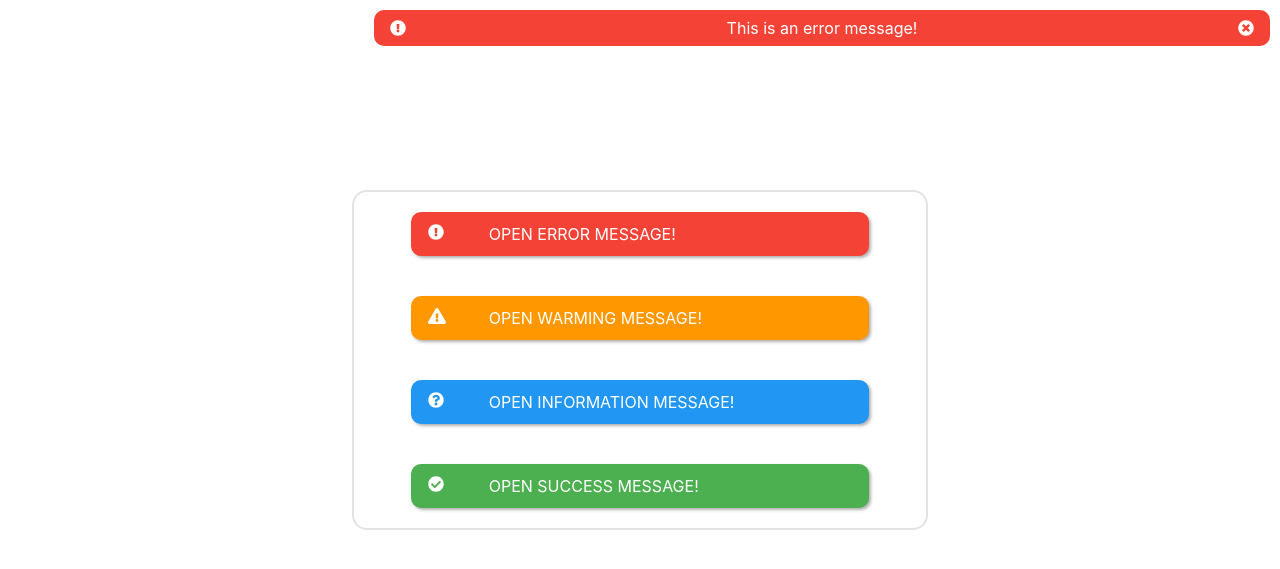
Repository: KrzysKolo/sr_tydzien5_zad2
Page: /, after clicking the first element matching `div.btn`
These files come from the project's save history. The page is drawn as it stood at one moment and after the next save; the edit follows.
The browser window is 1280 px wide. The pictures show the whole page.
The project was rebuilt for these pictures with package versions that can differ from the ones it lists, and the page was loaded fresh each time.

Above is the page before, as saved 2020-12-28 05:01:38.

### public/index.html
<!DOCTYPE html>
<html lang="en">
  <head>
    <meta charset="utf-8" />
    <link rel="icon" href="%PUBLIC_URL%/favicon.ico" />
    <meta name="viewport" content="width=device-width, initial-scale=1" />
    <meta name="theme-color" content="#000000" />
    <meta
      name="description"
      content="Web site created using create-react-app"
    />
    <link rel="apple-touch-icon" href="%PUBLIC_URL%/logo192.png" />
    <!--
      manifest.json provides metadata used when your web app is installed on a
      user's mobile device or desktop. See https://developers.google.com/web/fundamentals/web-app-manifest/
    -->
    <link rel="manifest" href="%PUBLIC_URL%/manifest.json" />
    <!--
      Notice the use of %PUBLIC_URL% in the tags above.
      It will be replaced with the URL of the `public` folder during the build.
      Only files inside the `public` folder can be referenced from the HTML.

      Unlike "/favicon.ico" or "favicon.ico", "%PUBLIC_URL%/favicon.ico" will
      work correctly both with client-side routing and a non-root public URL.
      Learn how to configure a non-root public URL by running `npm run build`.
    -->
    <title>Zad 2 - snackbar</title>
  </head>
  <body>
    <noscript>You need to enable JavaScript to run this app.</noscript>
    <div id="root"></div>
    <!--
      This HTML file is a template.
      If you open it directly in the browser, you will see an empty page.

      You can add webfonts, meta tags, or analytics to this file.
      The build step will place the bundled scripts into the <body> tag.

      To begin the development, run `npm start` or `yarn start`.
      To create a production bundle, use `npm run build` or `yarn build`.
    -->
  </body>
</html>

### src/App.js
import React from 'react';
import Buttons from './components/Buttons';
import './App.css';
const App = () => {
  return (
    <div className="wrapper--btn">
      <Buttons />
    </div>
  )
}

export default App;

### src/components/Buttons.js
import React from 'react';
import ButtonsData from './../data/ButtonsData';
import Button from './Button';


const Buttons = () => {

    return (
        <>
            {ButtonsData.map(button =>
                <Button key={button.id} data={button} />
            )}

        </>
    )
}

export default Buttons;

### src/App.css
* {
  box-sizing: border-box;
  margin: 0;
}
body {
  width: 100vw;
  height: 100vh;
  display: flex;
  flex-direction: row;
  justify-content: center;
  align-items: center;
}
.wrapper--btn {
  border: 2px solid #e3e3e3;
  border-radius: 15px;
  width: 45vw;
  display: flex;
  flex-direction: column;
  justify-content: center;
  align-items: center;
}
.btn {
  border-radius: 10px;
  color: rgb(240, 239, 244);
  cursor: pointer;
  outline: none;
  padding: 10px 15px;
  margin: 20px;
  width: 80%;
  display: grid;
  grid-template-columns: 0.5fr 3fr;
  box-shadow: 2px 2px 3px rgba(102, 102, 102, 0.5);
  transition: all 0.3s ease-in-out;
}
.snackbar {
  font-size: 1rem;
  padding: 10px 16px;
  border-radius: 10px;
  width: 70%;
  display: flex;
  flex-direction: row;
  justify-content: space-between;
  align-content: space-between;
  align-items: space-between;
  line-height: 1rem;
}
.error {
  color: white;
  background: rgb(244, 67, 54);
}

.success {
  color: rgb(124, 0, 0);
  background: rgb(76, 175, 80);
}
.information {
  color: yellow;
  background: rgb(33, 150, 243);
}

.warning {
  background: rgb(255, 152, 0);
  color: black;
}
.top-right {
  position: absolute;
  top: 10px;
  right: 10px;
}
.center-bottom {
  position: absolute;
  bottom: 30px;
  left: calc(100vw-50%);
}
.center-left {
  position: absolute;
  top: 25vh;
  left: 10px;
}
.bottom-right {
  position: absolute;
  bottom: 10px;
  right: 10px;
}

### src/data/ButtonsData.js
const ButtonsData = [
    {
      id: 0,
      name: "OPEN ERROR MESSAGE!",
      color: "rgb(244, 67, 54)",
      icon: "faExclamationCircle",
      type: "error",
      message: "This is an error message!",
      position: "top-right",
    },
    {
      id: 1,
      name: "OPEN WARMING MESSAGE!",
      color: "rgb(255, 152, 0)",
      icon: "faExclamationTriangle",
      type: "warning",
      message: "This is a warning message!",
      position: "center-bottom",
    },
    {
      id: 2,
      name: "OPEN INFORMATION MESSAGE!",
      color: "rgb(33, 150, 243)",
      icon: "faQuestionCircle",
      type: "information",
      message: "This is an information message!",
      position:"center-left",
    },
    {
      id: 3,
      name: "OPEN SUCCESS MESSAGE!",
      color: "rgb(76, 175, 80)",
      icon: "faCheckCircle",
      type: "success",
      message: "This is a success message!",
      position: "bottom-right",
    },

  ]
 export default ButtonsData;

### src/components/Button.js
import React, { useState } from 'react';
import Icons from './Icons';
import Snackbar from './Snackbar';


const Button = ({data } ) => {

    const [isHover, setIsHover] = useState(false);
    const OutStyle = {
        border: `2px solid ${data.color}`,
        background: data.color,
        color: "#fff",
      };

      const OverStyle = {
        border: `2px solid ${data.color}`,
        backgroundColor: "#fff",
        color: data.color,

      };
    const [shownSnackbar, setShownSnackbar] = useState(false);
    const handleClick = () => {

        setShownSnackbar(true);

    };
    return (
        <>

        <div className="btn"
        /* onClick={() => switchFunction(event)} */
        onClick={handleClick}
        style={isHover ? OverStyle : OutStyle}
        onMouseOver={() => setIsHover(true)}
        onMouseOut={() => setIsHover(false)}>
            <Icons icon={data.icon}/>
             {data.name}
        </div>
        {shownSnackbar && <Snackbar type={data.type} position={data.position} message={data.message} icon={data.icon} />}
        </>
    )
}

export default Button;

### src/components/Icons.js
import React from 'react';
import { FontAwesomeIcon } from '@fortawesome/react-fontawesome';
import { faCheckCircle, faQuestionCircle, faExclamationTriangle, faExclamationCircle } from '@fortawesome/free-solid-svg-icons';

const Icons = ({icon}) => {

        switch (icon) {
            case 'faExclamationCircle': return <FontAwesomeIcon icon={faExclamationCircle} />;
            case 'faExclamationTriangle': return <FontAwesomeIcon icon={faExclamationTriangle} />;
            case 'faQuestionCircle': return <FontAwesomeIcon icon={faQuestionCircle} />;
            case 'faCheckCircle': return <FontAwesomeIcon icon={faCheckCircle} />;
            default: return null;
            }



}

export default Icons;

### src/components/Snackbar.js
import React from 'react';
import Icons from './Icons';
import { FontAwesomeIcon } from '@fortawesome/react-fontawesome';
import { faTimesCircle } from '@fortawesome/free-solid-svg-icons';
const Snackbar = ({type, message, icon, position}) => {
    return (
        <div className={`snackbar ${type} ${position}`}>
           <Icons icon={icon} />{message}
           <FontAwesomeIcon icon={faTimesCircle} />
        </div>
    )
}

export default Snackbar

Loaded but not shown: src/index.js (common file); src/index.css (common file)

After the next save:
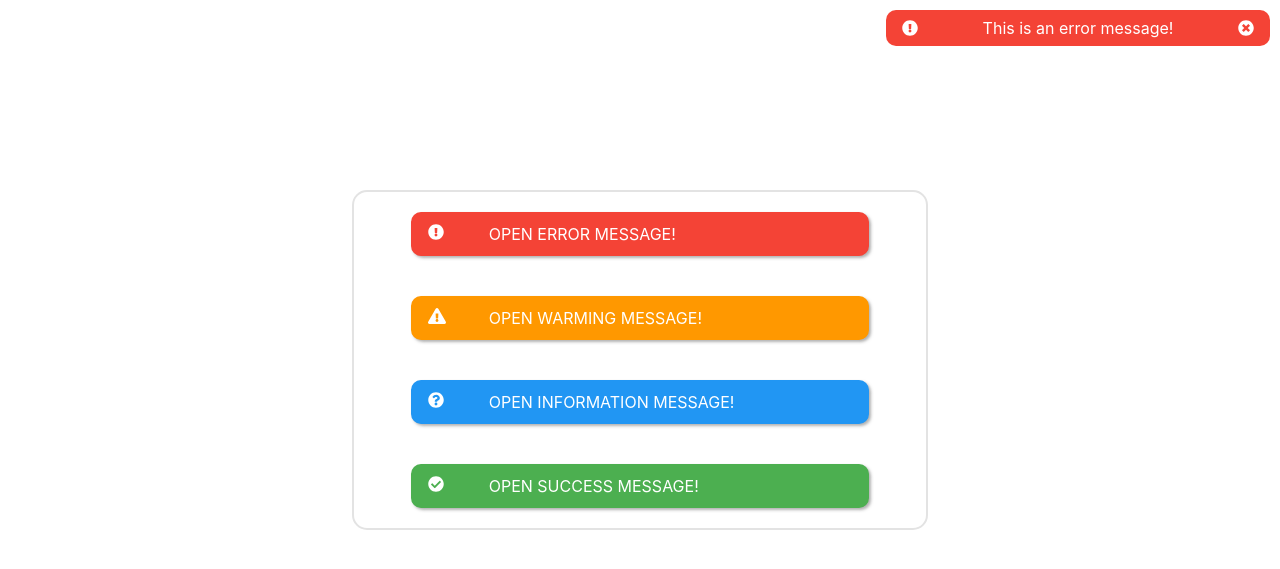
Saved 17 s later.
--- a/src/App.css
+++ b/src/App.css
@@ -36,12 +36,10 @@ body {
   font-size: 1rem;
   padding: 10px 16px;
   border-radius: 10px;
-  width: 70%;
+  width: 30%;
   display: flex;
   flex-direction: row;
   justify-content: space-between;
-  align-content: space-between;
-  align-items: space-between;
   line-height: 1rem;
 }
 .error {
